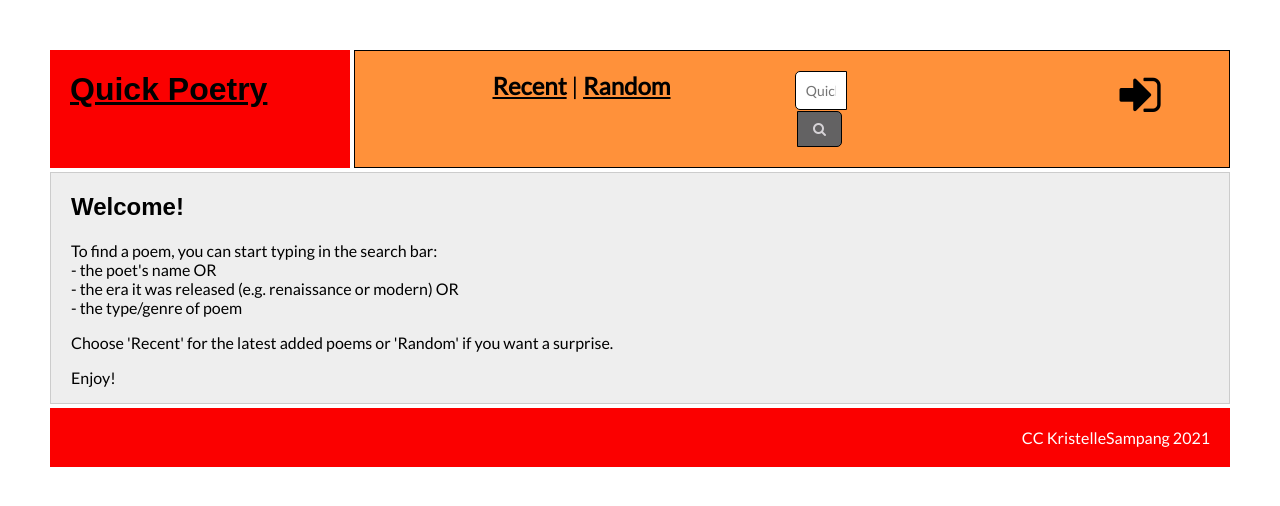
Repository: sampangk71280/Poetry_DB
Page: http://localhost/index.php?page=home
These files come from the project's save history. The page is drawn as it stood at one moment and after the next save; the edit follows.
The browser window is 1280 px wide. The pictures show the whole page.
Some web fonts or font styles are not loaded; a fallback is used. The page is run by PHP 8.4 with error messages shown; the project is at /var/www/html/.

Above is the page before, as saved 2021-12-07 13:45:29.

### index.php
<!DOCTYPE HTML>

<?php

session_start();
include("config.php");
include("functions.php");

// connect to database
$dbconnect=mysqli_connect(DB_HOST,DB_USERNAME,DB_PASSWORD, DB_NAME);

if(mysqli_connect_errno()){
    echo "Connection failed:".mysqli_connect_error();
    exit;
}

?>


<html lang="en">

<?php include("content/head.php"); ?>

<body>

    <div class="wrapper">

            <?php include("content/heading_navigation.php") ?>

        <div class="box main">

                <?php

                if(!isset($_REQUEST['page'])) {
                    include("content/home.php");
                } // end of if includes home page

                else {
                    // prevents users from navigating through file system
                    $page=preg_replace('/[^0-9a-zA-Z]-/', '', $_REQUEST['page']);
                    include("content/$page.php");

                } // end of else that includes requested content

                ?>

        </div>    <!-- / main -->

        <?php include("content/footer.php"); ?>

    </div>  <!-- / wrapper  -->

</body>

### config.php
<?php

ini_set('display_errors', 'On');  // change to 'Off' when live

define ("DB_NAME","sampangk71280_L3_Poetry");
define ("DB_USERNAME","_sampangk71280");
define ("DB_PASSWORD","QANbMDYSVME7gpyR");
define ("DB_HOST","localhost");

?>

### functions.php
<?php

// function to 'clean' data
function test_input($data) {
	$data = trim($data);
	$data = htmlspecialchars($data); //  needed for correct special character rendering
	return $data;
}


// entity is subject, country, occupation etc
function autocomplete_list($dbconnect, $item_sql, $entity)
{
// Get entity / topic list from database
$all_items_query = mysqli_query($dbconnect, $item_sql);
$all_items_rs = mysqli_fetch_assoc($all_items_query);

// Make item arrays for autocomplete functionality...
while($row=mysqli_fetch_array($all_items_query))
{
  $item=$row[$entity];
  $items[] = $item;
}

$all_items=json_encode($items);
return $all_items;

}


// function to get subject, country & career ID's
function get_ID($dbconnect, $table_name, $column_ID, $column_name, $entity)
{

    if($entity=="")
    {
        return 0;
    }


    // get entity ID if it exists
    $findid_sql = "SELECT * FROM $table_name WHERE $column_name LIKE '$entity'";
    $findid_query = mysqli_query($dbconnect, $findid_sql);
    $findid_rs = mysqli_fetch_assoc($findid_query);
    $findid_count=mysqli_num_rows($findid_query);

    // If subject ID does exists, return it...
    if($findid_count > 0) {
        $find_ID = $findid_rs[$column_ID];
        return $find_ID;
    }   // end if (entity existed, ID returned)


    else {
        $add_entity_sql = "INSERT INTO $table_name ($column_ID, $column_name) VALUES (NULL, '$entity');";
        $add_entity_query = mysqli_query($dbconnect, $add_entity_sql);

    $new_id_sql = "SELECT * FROM $table_name WHERE $column_name LIKE '$entity'";
    $new_id_query = mysqli_query($dbconnect, $new_id_sql);
    $new_id_rs = mysqli_fetch_assoc($new_id_query);

    $new_id = $new_id_rs[$column_ID];

    return $new_id;

    }   // end else (entity added to table and ID returned)

} // end get ID function


function get_rs($dbconnect, $sql)
{
    $find_sql = $sql;
    $find_query = mysqli_query($dbconnect, $find_sql);
    $find_rs = mysqli_fetch_assoc($find_query);

    return $find_rs;
}


function country_job($dbconnect, $entity_1, $entity_2, $label_sg, $label_pl, $table, $entity_ID, $entity_name)
{

    $all_entities = array($entity_1, $entity_2);
    // loop through items and look up their values...

    // Counts # of countries that without ID zero...
    $num_entities = count(array_filter($all_entities));


    if ($num_entities == 1)
    {
    echo "<b>".$label_sg."</b>: ";
    }

    else { echo "<b>".$label_pl."</b>: ";}

    foreach ($all_entities as $entity) {

    $entity_sql = "SELECT * FROM $table WHERE $entity_ID = $entity";
    $entity_query = mysqli_query($dbconnect, $entity_sql);
    $entity_rs = mysqli_fetch_assoc($entity_query);

    if ($entity != 0) {

    ?>


    <span class="author_entity tag"><?php echo $entity_rs[$entity_name]; ?> </span> &nbsp;

    <?php

    } // end entity if

    // break reference with the last element as per the manual
    unset($entity);

    }

}

?>

### content/head.php
<head>
    <meta charset="UTF-8">
    <meta name="description" content="Site featuring poetry from famous authors">
    <meta name="keywords" content="quotes, famous, author, writer, sportsman,
    political activist, sayings, poetry">
    <meta name="author" content="Kristelle Sampang">
    <meta name="viewport" content="width=device-width, initial-scale=1.0">

    <title>Quick Poetry</title>

    <!-- Edit the link below / replace with your chosen google font -->
    <link href="https://fonts.googleapis.com/css?family=Lato%7cUbuntu" rel="stylesheet">

    <!-- Edit the name of your style sheet - 'foo' is not a valid name!! -->
    <link rel="stylesheet" href="theme/quick_poetry.css">
        <link rel="stylesheet" href="theme/font-awesome.min.css">

</head>

### content/heading_navigation.php

        <div class="box banner">


            <h1><a class="heading" href = "index.php?page=home">Quick Poetry</a></h1>
        </div>    <!-- / banner -->

        <!-- Navigation goes here.  Edit BOTH the file name and the link name -->
        <div class="box nav">

            <div class="linkwrapper">
                <div class="commonsearches">
                    <a href="index.php?page=recent">Recent</a> |
                    <a href="index.php?page=random">Random</a>
                </div>  <!-- / common searches -->

                 <div class="topsearch">

                    <!-- Quick Search -->
                    <form method="post" action="index.php?page=quick_search"
                    enctype="multipart/form-data">

                        <input class="search quicksearch" type="text"
                        name="quick_search" width="40" value="" required placeholder="Quick Search..." />

                        <input class="submit" type="submit" name="find_quick" value="&#xf002;" />

                    </form>     <!-- / quick search -->

                </div>  <!-- / top search -->

                <div class="topadmin">

                <?php

                    if (isset($_SESSION['admin'])) {

                    ?>

                    <a href="index.php?page=../admin/new_poem" title="Add a quote"><i class="fa fa-plus fa-2x"></i></a>

                    &nbsp; &nbsp;

                    <a href="index.php?page=../admin/logout" title="Log Out">
                        <i class="fa fa-sign-out fa-2x"></i>
                    </a>

                    <?php
                    } // end user if logged in if

                    else {
                        ?>

                    <a href="index.php?page=../admin/login" title="Log In">
                        <i class="fa fa-sign-in fa-2x"></i>
                    </a>

                    <?php // end of login else
                    }

                    ?>


                </div>  <!-- / top admin -->

            </div>  <!--- / link wrapper -->

        </div>    <!-- / nav -->

### content/home.php
<h2>Welcome!</h2>

            <p>
                To find a poem, you can start typing in the search bar: <br/>
                - the poet's name OR <br/>
                - the era it was released (e.g. renaissance or modern) OR <br/>
                - the type/genre of poem
            </p>

            <p>
                Choose 'Recent' for the latest added poems or 'Random' if you want a surprise.
            </p>

            <p>
                Enjoy!
            </p>

### content/footer.php
<div class="box footer">
            CC KristelleSampang 2021
        </div>    <!-- / footer -->

### theme/quick_poetry.css
body {
    margin: auto;
    padding: 50px;
    color: #000;
    font-family: 'Lato', sans-serif;
}

/* Box (for corners & padding) */
.box {
    padding-left: 20px;
    /* border-radius: 10px; */
    background-color: #ddd;
}


/* Set up grids... specifics */

/*  #### Grid for Main page #### */


.wrapper {
    display: grid;
    grid-template-columns: 300px 1fr;
    grid-template-rows: auto;
    grid-template-areas:
        "banner nav"
        "main main"
        "footer footer";
        grid-gap: 4px;

}
@media only screen and (max-width: 1100px){
    .wrapper{
    grid-template-columns: auto;
    grid-template-rows: auto;
    grid-template-areas:
        "banner"
        "nav"
        "main"
        "footer";
    }
}
.banner {
    grid-area: banner;
}

.nav {
    grid-area: nav;
    background-color: #ff913a;  /* orange  */
    font-size: 150%;
    padding: 20px;
    vertical-align: middle;
    border: solid 1px;
}

.main {
    grid-area: main;
    background-color: #eee;  /* very pale grey */
    border: solid 1px #CCC;
}


.footer {
    grid-area: footer;
    text-align: right;
    padding: 20px;
}

/*  #### Grid for Navigation area page #### */

.linkwrapper {
    display: grid;
    grid-template-columns: 3fr 2fr 1fr;
    grid-template-areas:
        "commonsearches topsearch topadmin";
    grid-gap: 4px;
}


.commonsearches {
    grid-area: commonsearches;
    text-align: center;
}

.topsearch {
    grid-area: topsearch;
    text-align: right;
    width: 20%;
}

.topadmin {
    grid-area: topadmin;
    text-align: center;
}

/* Make navigation responsive */

@media only screen and (max-width: 800px){
    .linkwrapper{
        grid-template-columns: auto;
        grid-template-rows: auto;
        grid-template-areas:
            "commonsearches commonsearches"
            "topsearch topadmim";
    }

    .commonsearches{
        text-align: left;
    }

    .topsearch{
        text-align: left;
    }

    .topadmin {
        text-align: right;
    }
}

/* ### Additional div styling (put colours / corners here) */


/* Area colouring... */

/* logo, banner and footer background are the same */
.banner, .footer {
    background-color: #fb0000;  /* bold red */
}

/* Set font on dark areas to white */
.logo, .banner, .side, .footer {
    color: #fff;
}

/* #### Links Styling  #### */

/* Navigation Links */
a.topnav {font-weight: bold;}
a.topnav:link, a.topnav:visited {color: #007c72;} /*dark teal */
a.topnav:hover {color: #707a00; text-decoration: none;}


/* links in page */
a {font-weight: bold;}
a:link{color: #000;} /* white */
a:visited{color: rgb(73, 73, 73);} /* black */
a:hover{color: white;}

/* #### Headings / text styling #### */
h1, h2, h3, h4 {
    font-family: 'Ubuntu', sans-serif;
}

h5 {
    font-family: 'Ubuntu', sans-serif;
    font-weight: bold;
    font-size: 16px;
}

.sub_heading {
    font-family: 'Ubuntu', sans-serif;
    color: #593849; /* purple */
    font-weight: bold;
}

/* ### Form / Search  Styling #### */

form {
    width: 100%;
    float: left;
}

.search {
    background:#fff;
    width: 75%;
}

.submit::-moz-focus-inner {
    border: 0;
    position: relative;
}


.submit {
    font-family: FontAwesome, 'Helvetica Neue', Helvetica, Arial, sans-serif;
    position:relative;
    width: 45px;
    font-size: 14px;

    left:-5px;
    background-color: #636263;
    color:#d6d3d7;
    border: 1px solid #000;
    border-radius: 0 5px 5px 0;
    display: inline-block;
    padding: 10px;
}


input[type="submit"]:hover {
    background-color: #000;
}


input {
    font-size: 14px;
    padding: 10px;
    display: inline-block;
    border: 1px solid #000;
    box-sizing: border-box;
}


.quicksearch {
    border-radius: 5px 0 0 5px;
    display: inline-block;
    position: relative;
}

/* ### Results styling, includes 'tags' button ### */
.results{
    background-color:#D2D2D2;
    border: solid 1px #000;
    padding: 10px;

    margin-right: 20px;
    border-radius: 20px;
}

.tag{
    background-color: #ff913a ;  /* orange like heading*/
    padding: 5px;
    padding-left: 10px;
    padding-right: 10px;
    border: solid 1px #000;
    border-radius: 5px;
}
.authortag{
    background-color: #FFA660; /* orange */
    padding: 5px;
    padding-left: 10px;
    padding-right: 10px;
    border: solid 1px #000;
    border-radius: 5px;
}

.deletetag{
    background-color: #FFA660 ;
    padding: 5px;
    padding-left: 10px;
    padding-right: 10px;
    border: solid 1px #000;
    border-radius: 5px;
}

.deletetagno{
    background-color: #ff4646 ;
    padding: 5px;
    padding-left: 10px;
    padding-right: 10px;
    border: solid 1px #000;
    border-radius: 5px;
}

.about{
    background: #FFEC00; /* yellow */
    border: solid 1px #E9D800; /* yellow but slightly darker*/
    padding: 10px;
    border-radius: 10px;
    margin-right: 20px;
}

.error{
    background-color:  #ffcece;
    color: #721a1a;
    border-radius: 10px;
    padding: 10px;
    border: solid 1px #721a1a;

}

/* editing tools formatting */
.edit-tools {
    text-align: right;
    padding-right: 20px;
}

/* Form Formatting css */

/* make height of drop downs slightly larger */
select {
    height: 40px;
    padding: 5px;
}

/* controls input field on autocomplete boxes (pink for error,
white for OK) */

input.tag-error[type=text]{
    background-color: #ff9e9e;
}

input.tag-ok[type=text]{
    background-color: #fff;

}

/* field backgrounds */
.form-ok{
    background-color: #fff;

}

.form-error{
    background-color: #ff9e9e;
}

/* error messages */
.no-error {
    display: none;
}

.error-text{
    color: darkred;
}

textarea,
input[type=text] {
    font-family: 'Lato', sans-serif;
    padding: 10px;
    border-width: 1px;
    margin: auto;
    width: 95%;
}

.add-field {
    width: 95%;
}

textarea {
    width: 90%;
    max-width: 700px;
}

Loaded but not shown: theme/font-awesome.min.css (library)

After the next save:
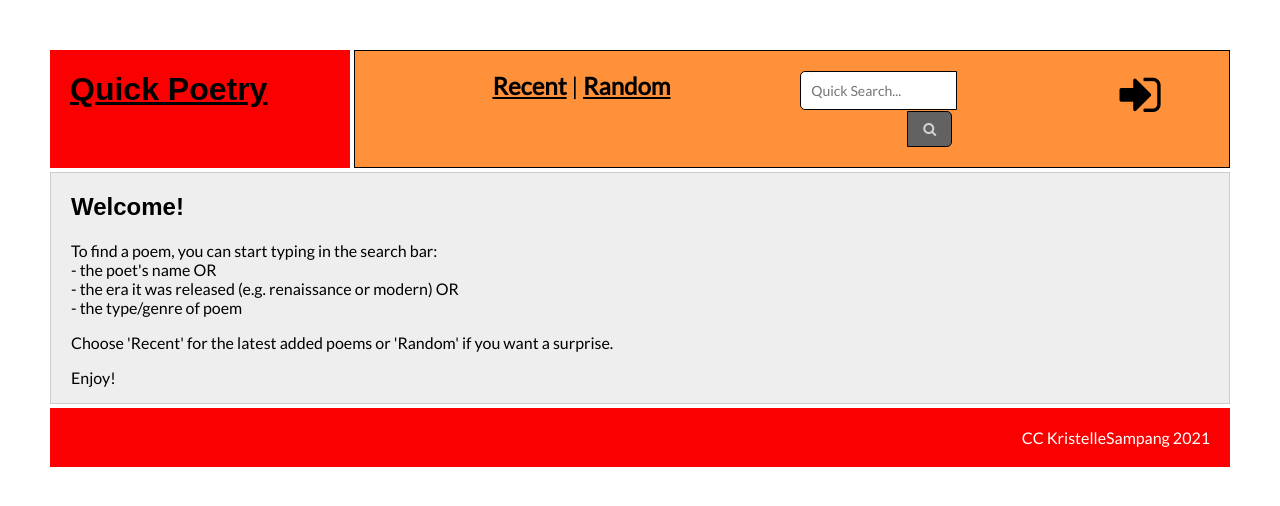
Saved 28 s later.
--- a/theme/quick_poetry.css
+++ b/theme/quick_poetry.css
@@ -85,7 +85,7 @@ body {
 .topsearch {
     grid-area: topsearch;
     text-align: right;
-    width: 20%;
+    width: 60%;
 }
 
 .topadmin {
